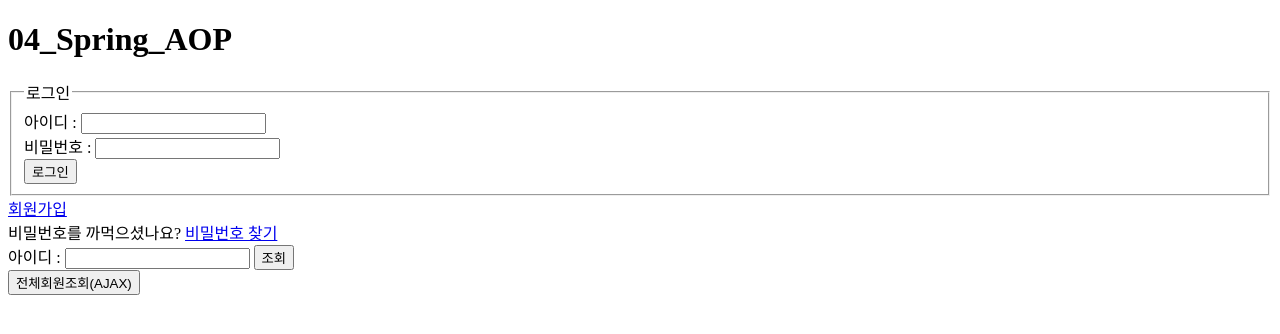
Repository: loseminho/khAcademy-Study
Page: http://localhost/04_Spring_AOP/
An editor plug-in stored every save of this project. The page is shown before and after the next save, followed by the edit.
The browser window is 1280 px wide. The pictures show the whole page.
The page is served by Tomcat 9.

Above is the page before, as saved 2022-10-12 07:43:56.

After the next save:
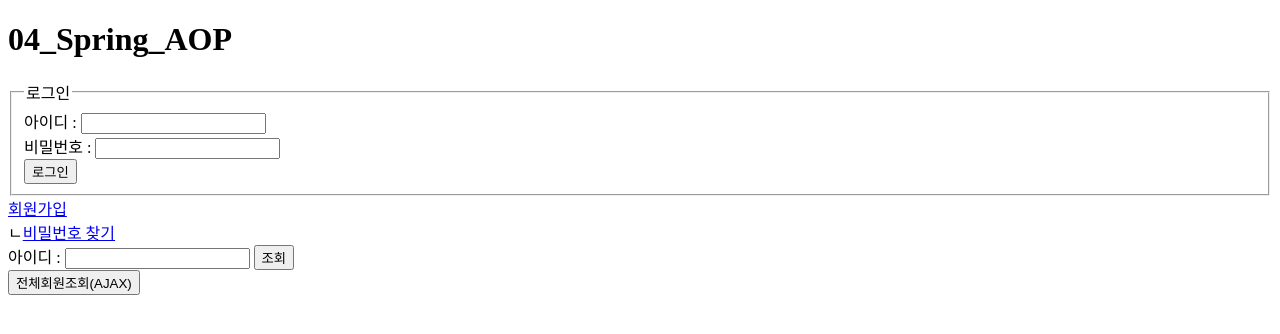
Saved 5 s later.
--- a/spring/workspace-sts-3.9.13.RELEASE/04_Spring_AOP/src/main/webapp/index.jsp
+++ b/spring/workspace-sts-3.9.13.RELEASE/04_Spring_AOP/src/main/webapp/index.jsp
@@ -21,7 +21,7 @@
 				</fieldset>
 			</form>
 			<a href="/joinFrm.do">회원가입</a><br>
-			비밀번호를 까먹으셨나요? <a href="/">비밀번호 찾기</a>
+			ㄴ<a href="/">비밀번호 찾기</a>
 			<form action="/searchMemberId.do">
 				아이디 : <input type="text" name="memberId">
 				<input type="submit" value="조회">
